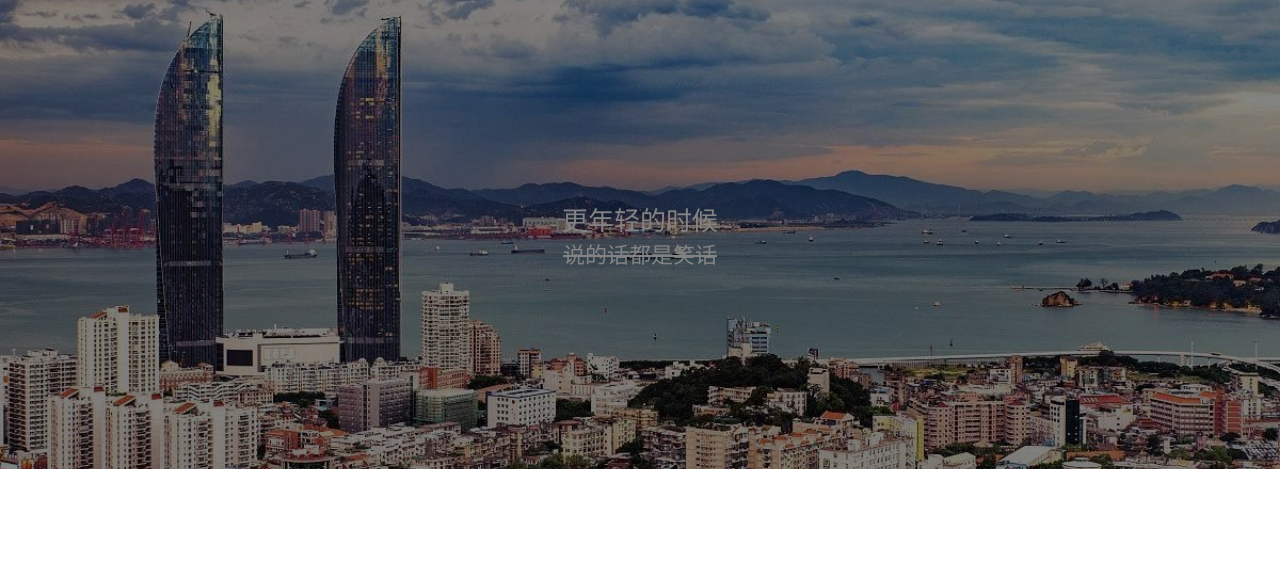
Repository: airsky0605/airsky0605.github.io
Page: index.html
These files come from the project's save history. The page is drawn as it stood at one moment and after the next save; the edit follows.
The browser window is 1280 px wide. The pictures show the whole page.

Above is the page before, as saved 2020-04-09 17:39:33.

### index.html
<!DOCTYPE html>
<html lang="en">
<head>
  <meta charset="UTF-8">
  <meta name="viewport" content="width=device-width, initial-scale=1.0">
  <meta http-equiv="X-UA-Compatible" content="ie=edge">
  <link rel="stylesheet" href="./css/common.css">
  <link rel="stylesheet" href="./css/reset.css">
  <title>Document</title>
</head>
<body>
  <div class="banner">
    <div class="inner">
      <p class="t1">更年轻的时候</p>
      <p class="t2">说的话都是笑话</p>
    </div>
  </div>
</body>
</html>

### css/common.css
.banner{
  position: relative;
  background: url(../img/banner.jpeg) 0% 50% / cover no-repeat grey;
}
.banner ::after{
  content: "";
  position: absolute;
  top: 0px;
  left: 0px;
  width: 100%;
  height: 100%;
  z-index: 1;
  background: rgba(0, 0, 0, 0.2);
}
.banner .inner{
  padding: 200px 0;
  text-align: center;
  color: #fff;
}
.banner .inner .t1{
  font-size: 26px;
}
.banner .inner .t2{
  font-size: 22px;
  text-decoration: line-through;
}

### css/reset.css
/*RESET v3*/
html, body, div, span, object, iframe, h1, h2, h3, h4, h5, h6, p, blockquote, a, cite, img, sub, sup, dl, dt, dd, ol, ul, li, fieldset, form, label, legend, table, caption, tbody, tfoot, thead, tr, th, td, article, aside, canvas, details, embed, figure, figcaption, footer, header, hgroup, menu, nav, output, ruby, section, summary, time, mark, audio, video {
  border: 0;
  font: inherit;
  margin: 0;
  padding: 0;
  font-weight: normal;
  vertical-align: baseline;
}
html,body{
  height:100%
}
article, aside, details, figcaption, figure, footer, header, hgroup, menu, nav, section {
  display: block;
}
button {
  outline: none;
}
ol, ul {
  margin: 0;
  padding: 0;
}
ol, ul, li {
  list-style: none;
}
i, em {
  font-style: normal;
}
blockquote {
  quotes: none;
}
blockquote:before, blockquote:after {
  content: '';
  content: none;
}
a {
  outline: none;
  text-decoration: none;
  text-decoration:none;
  text-decoration: none;
  transition: background-color .5s ease 0s,color .5s ease 0s,width .5s ease 0s,border-width .5s ease 0s,border-color .5s ease 0s;
  -webkit-transition: background-color .5s ease 0s,color .5s ease 0s,width .5s ease 0s,border-width .5s ease 0s,border-color .5s ease 0s;
  -moz-transition: background-color .5s ease 0s,color .5s ease 0s,width .5s ease 0s,border-width .5s ease 0s,border-color .5s ease 0s;
  -ms-transition: background-color .5s ease 0s,color .5s ease 0s,width .5s ease 0s,border-width .5s ease 0s,border-color .5s ease 0s;
  -o-transition: background-color .5s ease 0s,color .5s ease 0s,width .5s ease 0s,border-width .5s ease 0s,border-color .5s ease 0s
}
input, textarea{
  font-family: inherit;
  font-size: inherit;
  color: inherit;
  outline: none;
  border: 0;
  margin: 0;
  padding: 0;
}
select, option{
  font-family: inherit;
}
.noselect{
  -webkit-user-select: none;
  user-select: none;
}
.clear {
  clear: both;
}
.clearfix:before,.clearfix:after{
  content:"";
  display:table;
}
.clearfix:after{
  clear:both;
}
.clearfix{
  *zoom:1;
}


.el-pagination{
  padding-left: 0!important;
}
.el-pagination.is-background .btn-next, .el-pagination.is-background .btn-prev, .el-pagination.is-background .el-pager li{
  margin-left: 0!important;
}
.w-e-menu{
  z-index: 2 !important;
}
.w-e-text-container{
  z-index: 1 !important;
}

After the next save:
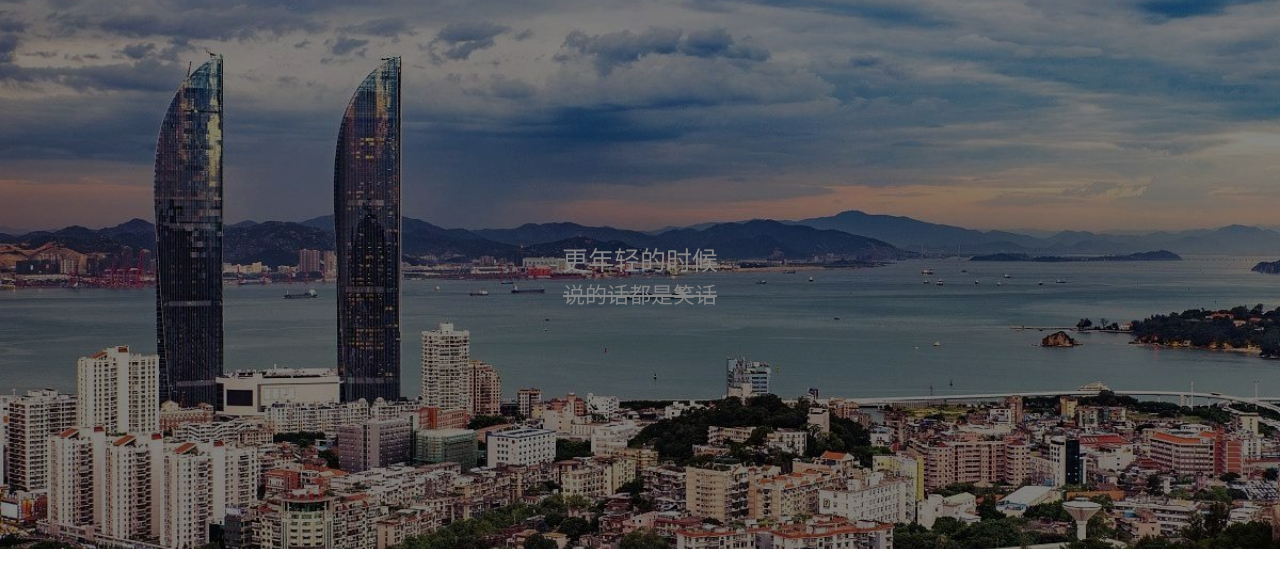
Saved 14 s later.
--- a/css/common.css
+++ b/css/common.css
@@ -13,7 +13,7 @@
   background: rgba(0, 0, 0, 0.2);
 }
 .banner .inner{
-  padding: 200px 0;
+  padding: 240px 0;
   text-align: center;
   color: #fff;
 }
